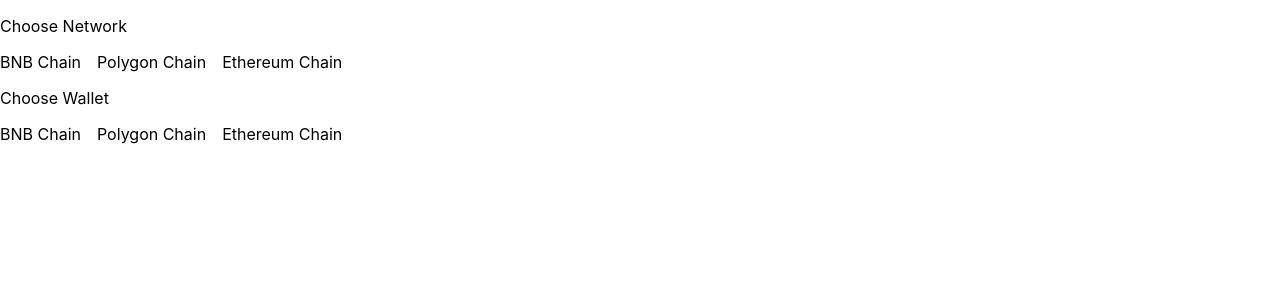
Repository: m-ahmadshaikh/Wallet-Connect
Page: /
The author's editor kept a copy of each file at every save. The page is drawn from the files as they stood at one save, then again after a run of saves.
The browser window is 1280 px wide. The pictures show the whole page.
The project was rebuilt for these pictures with package versions that can differ from the ones it lists, and the page was loaded fresh each time. Also part of the build but not shown: src/components/Button/Button.module.css.

Above is the page before, as saved 2023-01-19 17:59:08.

After the next 3 saves:
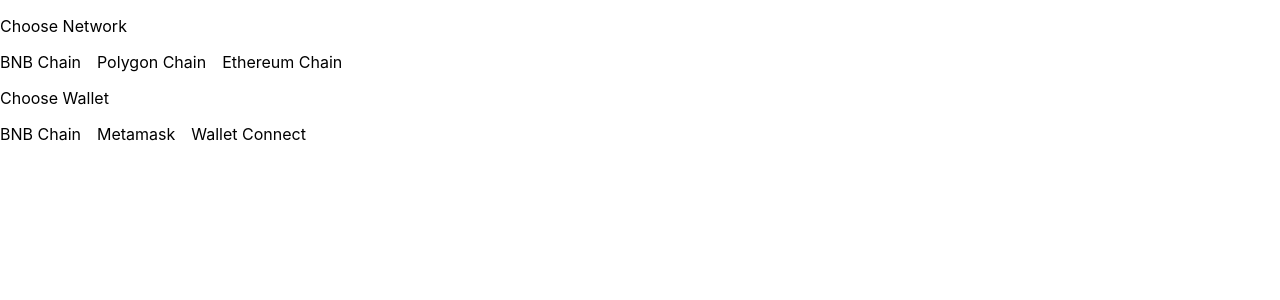
The 3 saves are shown as one change because 1 did not build or start and some came seconds apart.
The last was saved 23 s later.
--- a/src/App.js
+++ b/src/App.js
@@ -14,8 +14,8 @@
 
       <p>Choose Wallet</p>
       <div className='flex'><Button text={'BNB Chain'}/>
-      <Button text={'Polygon Chain'}/>
-      <Button text={'Ethereum Chain'}/>
+      <Button text={'Metamask'} />
+      <Button text={'Wallet Connect'}/>
       </div>
     </div>
   );
